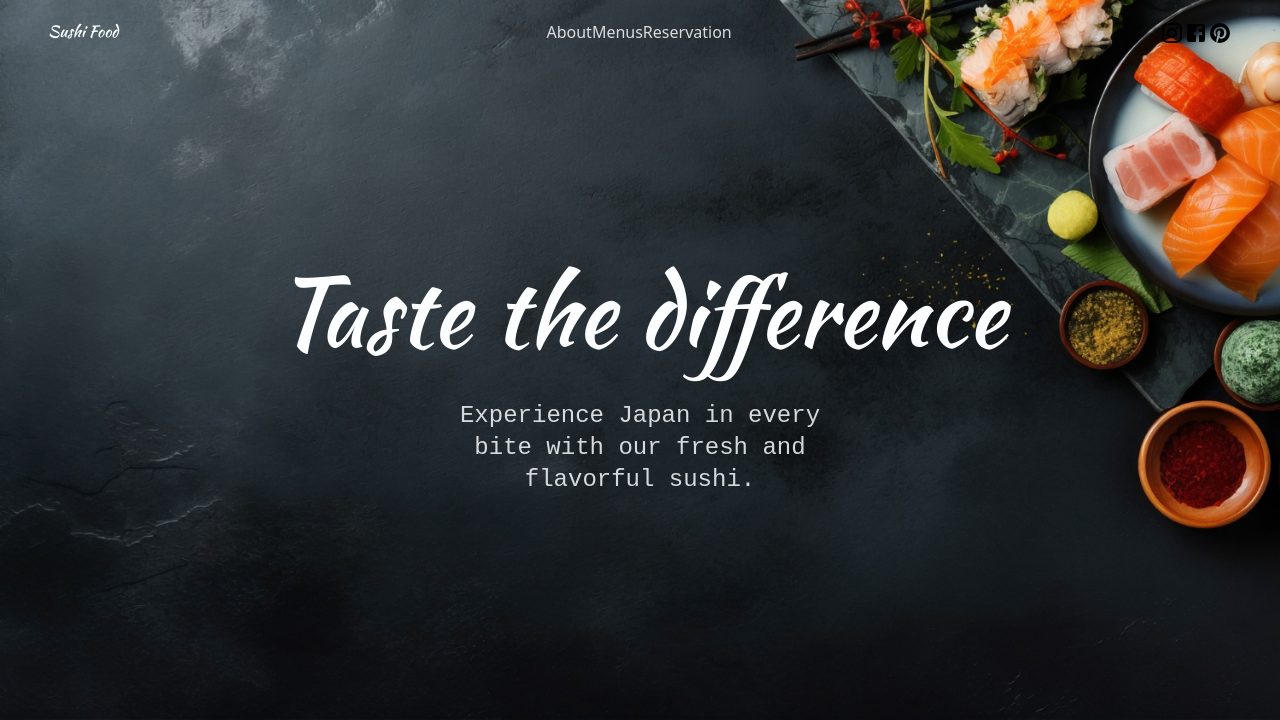
Repository: Adrien-legeleu/sushi-food
Page: /
An editor plug-in stored every save of this project. The page is shown before and after the next save, followed by the edit.
The browser window is 1280 px wide. The pictures show the whole page.
Some web fonts or font styles are not loaded; a fallback is used. The project was rebuilt for these pictures with package versions that can differ from the ones it lists, and the page was loaded fresh each time. Also part of the build but not shown: vite.config.ts.

Above is the page before, as saved 2024-04-28 20:13:23.

### src/App.tsx
import { Header, Landing } from "./Components"

const App =()=> {
  return (
    <div className="bg-greenBlack h-full w-full">
      <Header/>
      <Landing/>
    </div>
  )
}

export default App

### src/index.css
@import url('https://fonts.googleapis.com/css2?family=Kaushan+Script&family=Nanum+Gothic+Coding&display=swap');

@tailwind base;
@tailwind components;
@tailwind utilities;

*{
    margin: 0;
    padding: 0;
    box-sizing: border-box;
}

### src/Components/index.ts
export * from "./Landing";
export * from "./Header";

### src/Components/Landing.tsx
export const Landing =()=>{
    return(
        <div className="h-screen w-full bg-[url('././assets/mainfond.jpg')] bg-cover bg-center-top flex items-center justify-center flex-col gap-10 pt-10">
            <h1 className="font-title text-whiteTitle text-8xl">Taste the difference</h1>
            <p className="text-whiteText font-text text-2xl text-center w-1/3">Experience Japan in every bite with our fresh and flavorful sushi.</p>
        </div>
    )
}

### src/Components/Header.tsx
import InstagramIcon from '@mui/icons-material/Instagram';
import FacebookIcon from '@mui/icons-material/Facebook';
import PinterestIcon from '@mui/icons-material/Pinterest';
export const Header =()=>{
    return (
        <div className='fixed h-16 w-full max-w-[1500px] top-0 left-1/2 -translate-x-1/2 flex justify-between items-center pl-12 pr-12'>
            <h2 className='font-title text-whiteTitle'>Sushi Food</h2>
            <ul className='flex items-center justify-between text-whiteText'>
                <li>About</li>
                <li>Menus</li>
                <li>Reservation</li>
            </ul>
            <ul>
                <li>
                    <InstagramIcon/>
                    <FacebookIcon/>
                    <PinterestIcon/>
                </li>
            </ul>
        </div>
    )
}

### tailwind.config.js
/** @type {import('tailwindcss').Config} */
export default {
  content: ["./index.html", "./src/**/*.{js,ts,jsx,tsx}"],
  theme: {
    extend: {
      backgroundColor: {
        greenBlack: "#0B1517",
      },
      colors: {
        green: "#A6977C",
        whiteTitle: "#FCFEFF",
        whiteText: "#FCFEFFD5",
      },
    },
    fontFamily: {
      title: ["Kaushan Script", "cursive"],
      text: ["Nanum Gothic Coding", "monospace"],
    },
  },
  plugins: [],
};

Loaded but not shown: index.html (common file); src/main.tsx (common file)

After the next save:
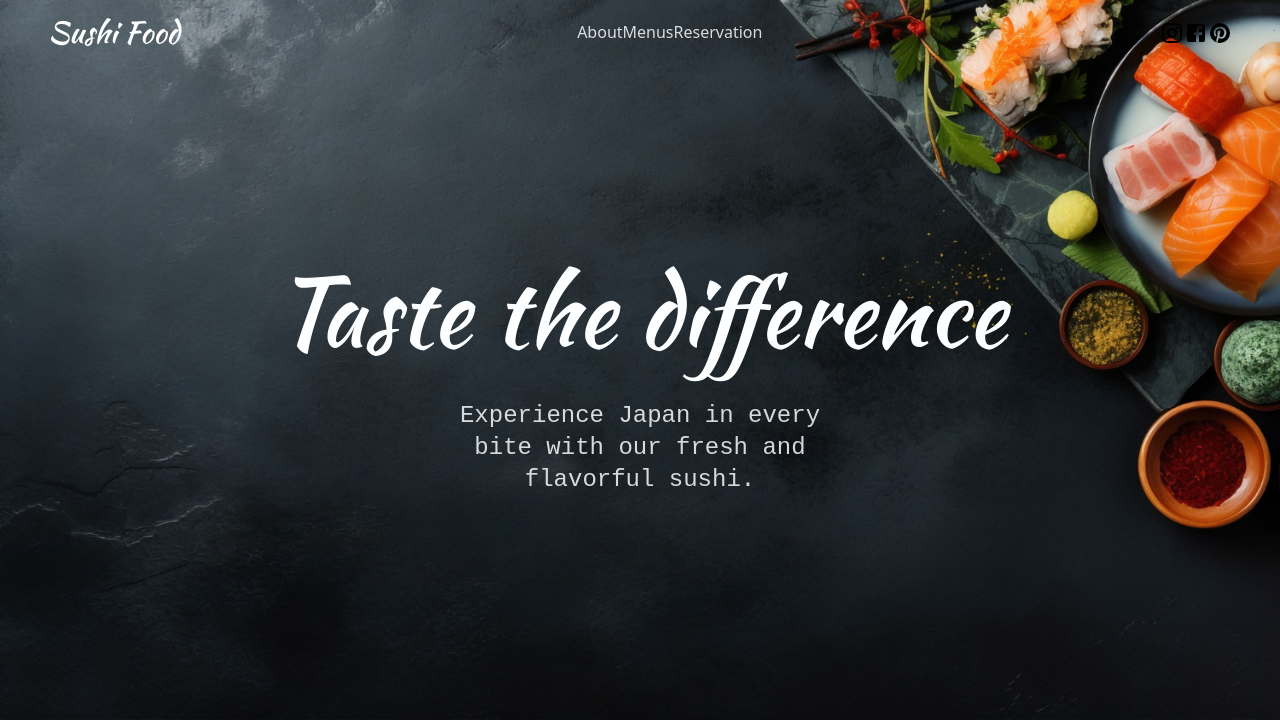
Saved 10 s later.
--- a/src/Components/Header.tsx
+++ b/src/Components/Header.tsx
@@ -4,7 +4,7 @@ import PinterestIcon from '@mui/icons-material/Pinterest';
 export const Header =()=>{
     return (
         <div className='fixed h-16 w-full max-w-[1500px] top-0 left-1/2 -translate-x-1/2 flex justify-between items-center pl-12 pr-12'>
-            <h2 className='font-title text-whiteTitle'>Sushi Food</h2>
+            <h2 className='font-title text-3xl text-whiteTitle'>Sushi Food</h2>
             <ul className='flex items-center justify-between text-whiteText'>
                 <li>About</li>
                 <li>Menus</li>
